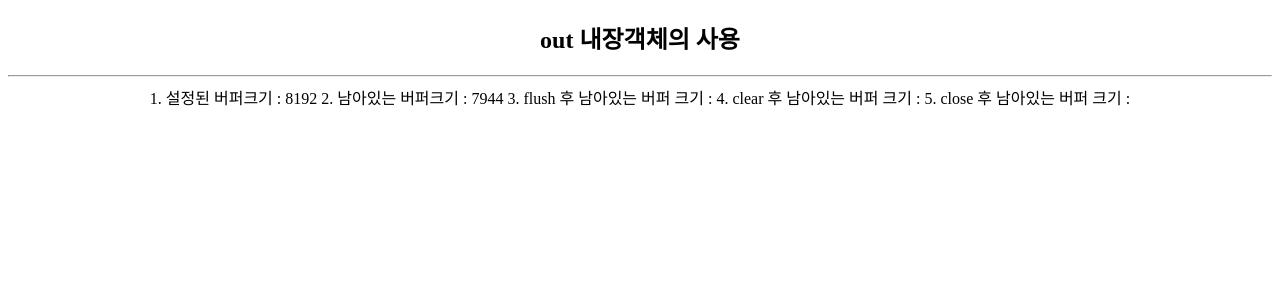
Repository: donggeonoh/My_Source
Page: http://localhost/WebProgramming/ch06/out.jsp
An editor plug-in stored every save of this project. The page is shown before and after the next save, followed by the edit.
The browser window is 1280 px wide. The pictures show the whole page.
The page is served by Tomcat 9. Other server files are loaded and not shown.

Above is the page before, as saved 2016-10-13 11:03:50.

### JSP-Web Source/WebProgramming/WebContent/ch06/out.jsp
<%@ page language="java" contentType="text/html; charset=UTF-8"
    pageEncoding="UTF-8"%>
<!DOCTYPE html PUBLIC "-//W3C//DTD HTML 4.01 Transitional//EN" "http://www.w3.org/TR/html4/loose.dtd">
<html>
<head>
<title>out.jsp</title>
</head>
<body>
	<div align = "center">
		<h2>out 내장객체의 사용</h2> <hr>
		1. 설정된 버퍼크기 : <%= out.getBufferSize() %>
		2. 남아있는 버퍼크기 : <%= out.getRemaining() %>
		<%out.flush(); %>
		3. flush 후 남아있는 버퍼 크기 :
		4. clear 후 남아있는 버퍼 크기 :
		5. close 후 남아있는 버퍼 크기 :

	</div>
</body>
</html>

After the next save:
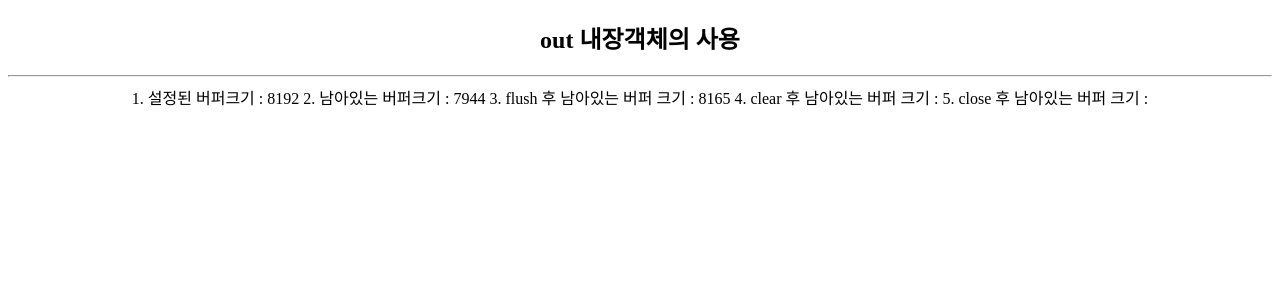
Saved 11 s later.
--- a/JSP-Web Source/WebProgramming/WebContent/ch06/out.jsp
+++ b/JSP-Web Source/WebProgramming/WebContent/ch06/out.jsp
@@ -11,7 +11,7 @@
 		1. 설정된 버퍼크기 : <%= out.getBufferSize() %>
 		2. 남아있는 버퍼크기 : <%= out.getRemaining() %>
 		<%out.flush(); %>
-		3. flush 후 남아있는 버퍼 크기 :
+		3. flush 후 남아있는 버퍼 크기 : <%= out.getRemaining() %>
 		4. clear 후 남아있는 버퍼 크기 :
 		5. close 후 남아있는 버퍼 크기 :
 
